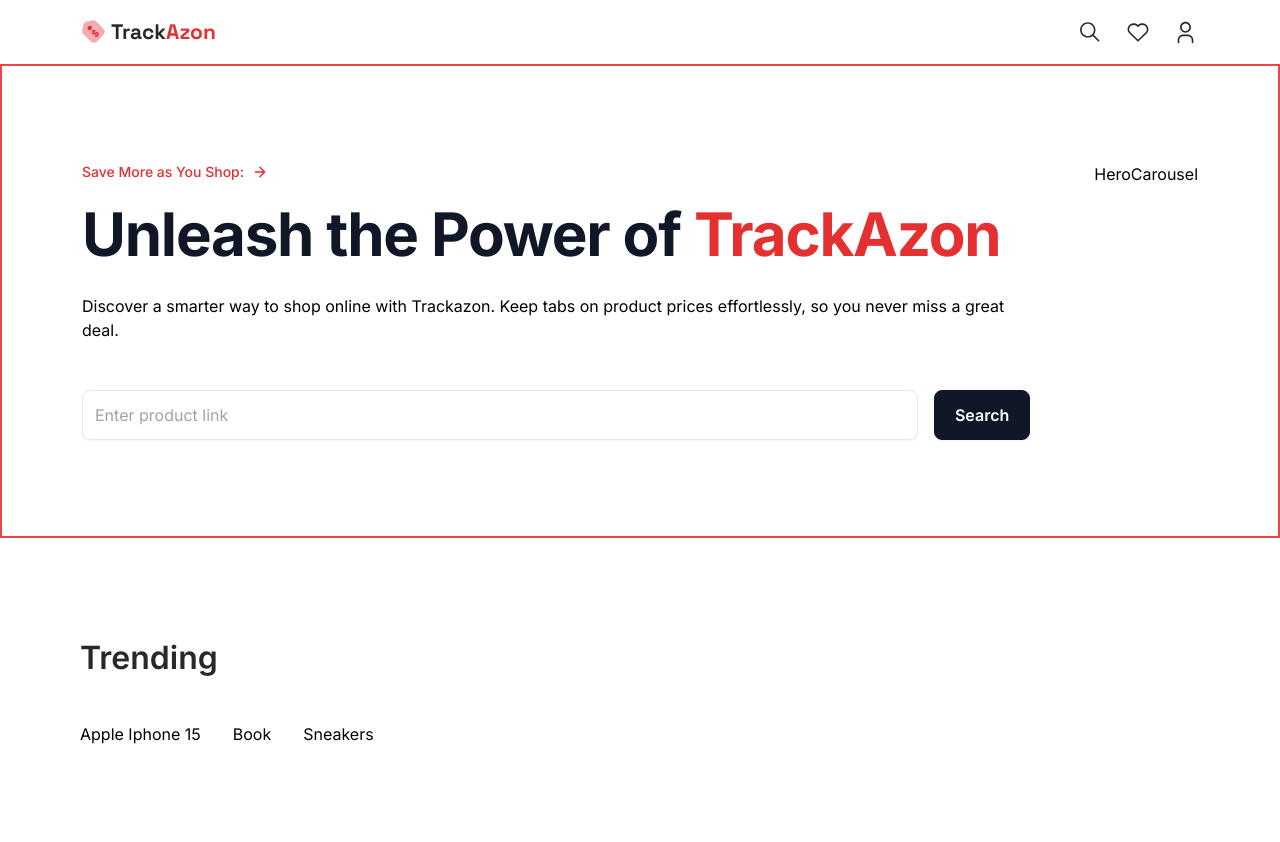
Repository: akinolapo/trackazon
Page: /
An editor plug-in stored every save of this project. The page is shown before and after a run of saves, followed by the edit.
The browser window is 1280 px wide. The pictures show the whole page.
The project was rebuilt for these pictures with package versions that can differ from the ones it lists, and the page was loaded fresh each time. The framework's server and built-in components were replaced by stand-ins that run in the browser. Also part of the build but not shown: next.config.js.

Above is the page before, as saved 2023-10-01 08:03:56.

After the next 2 saves:
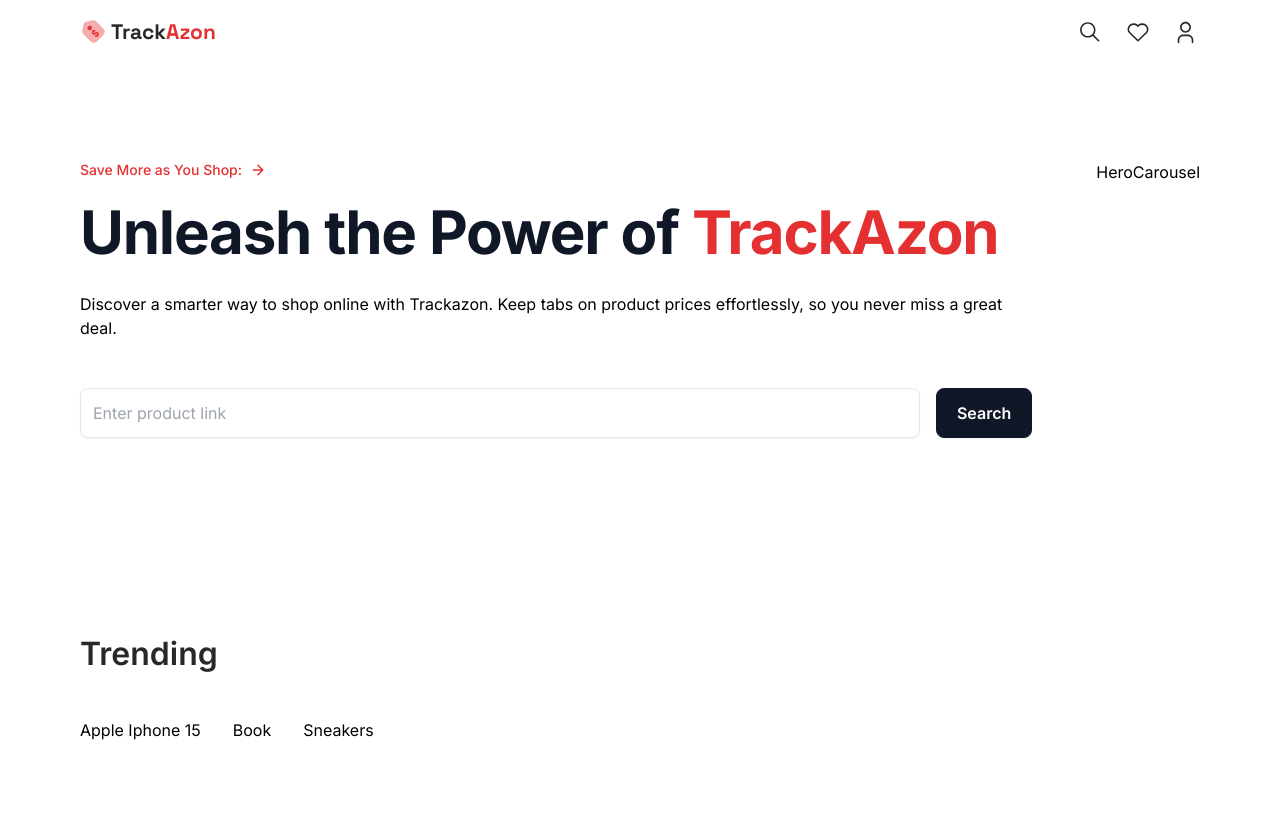
The 2 saves are shown as one change because they came seconds apart.
The last was saved 61 s later.
--- a/app/page.tsx
+++ b/app/page.tsx
@@ -4,7 +4,7 @@
 const Home = () => {
   return (
     <>
-      <section className="px-6 md:px-20 py-24 border-2 border-red-500">
+      <section className="px-6 md:px-20 py-24">
         <div className="flex max-xl:flex-col gap-16">
           <div className="flex flex-col justify-center">
             <p className="small-text">
